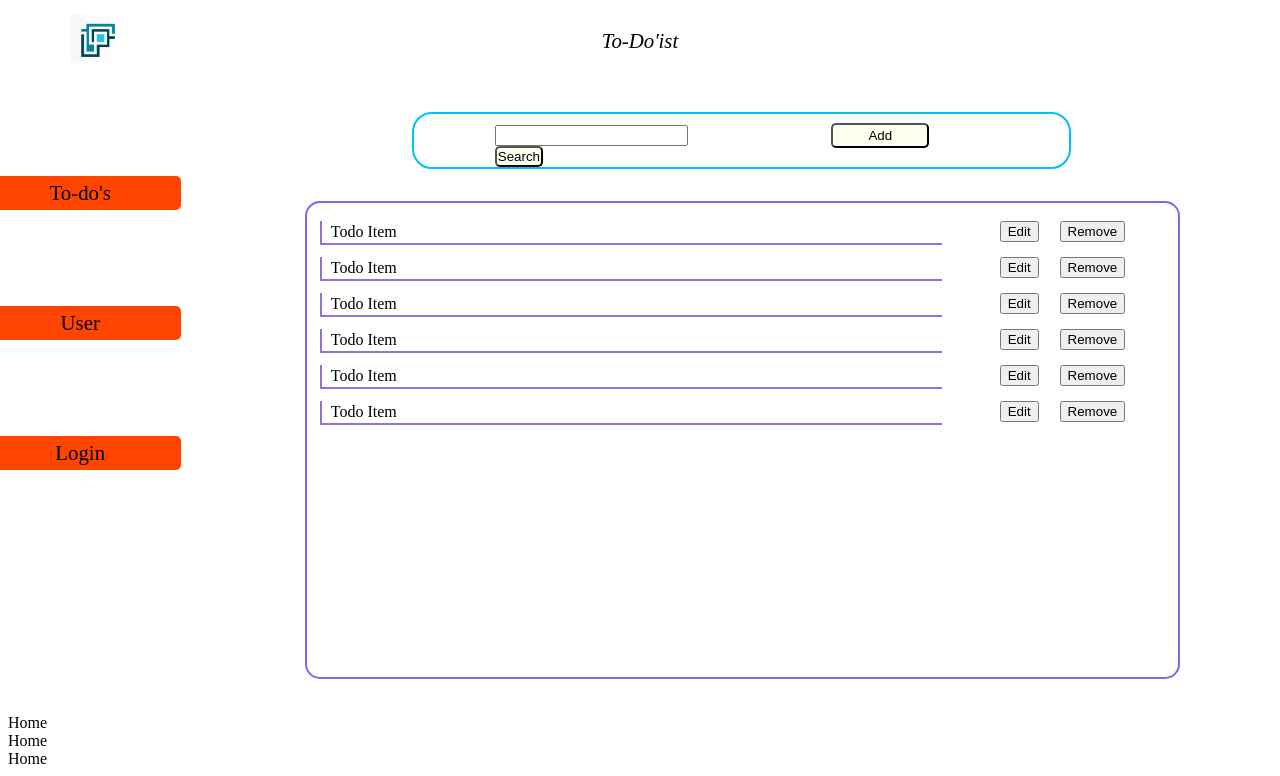
Repository: tavisca-pkadam/Todo-Website
Page: home.html
The author's editor kept a copy of each file at every save. The page is drawn from the files as they stood at one save, then again after the next save.
The browser window is 1280 px wide. The pictures show the whole page.

Above is the page before, as saved 2019-08-20 08:57:21.

### home.html
<!DOCTYPE html>
<html>
  <head>
    <meta charset="utf-8" />
    <meta http-equiv="X-UA-Compatible" content="IE=edge" />
    <title>Page Title</title>
    <meta name="viewport" content="width=device-width, initial-scale=1" />
    <link rel="stylesheet" type="text/css" media="screen" href="main.css" />

    <link rel="import" href="components/header.html" />

    <!-- <script src='main.js'></script> -->
  </head>
  <body>
    <div id="head" class="header">
      <img id="company_logo" src="src/logo.jpg" width="5%" />
      <p id="todo_header"><i>To-Do'ist</i></p>
    </div>


    <div id="side_nav">
      <div id="side_todo"  class="side_btn">
        To-do's
      </div>
      <div id="side_user" class="side_btn">
        User
      </div>
      <div id="side_login" class="side_btn">
        Login
      </div>
    </div>
    <div id="todo_content">
        <div id="todo_content_head">
            <div id="todo_content_search">
                <input type="text" style="padding-right:10px">
                <button class="search_button">Search</button>
            </div>
            <button id="todo_content_add" class="search_button">Add</button>
        </div>
        <div id="todo_list">
            <div class="todo_item">
                <div class="todo_detail">
                        Todo Item
                </div>
                <button class="todo_edit_btn">Edit</button>
                <button>Remove</button>
            </div>
            <div class="todo_item">
                <div class="todo_detail">
                        Todo Item
                </div>
                <button class="todo_edit_btn">Edit</button>
                <button>Remove</button>
            </div>
            <div class="todo_item">
                <div class="todo_detail">
                        Todo Item
                </div>
                <button class="todo_edit_btn">Edit</button>
                <button>Remove</button>
            </div>
            <div class="todo_item">
                <div class="todo_detail">
                        Todo Item
                </div>
                <button class="todo_edit_btn">Edit</button>
                <button>Remove</button>
            </div>
            <div class="todo_item">
                <div class="todo_detail">
                        Todo Item
                </div>
                <button class="todo_edit_btn">Edit</button>
                <button>Remove</button>
            </div>
            <div class="todo_item">
                <div class="todo_detail">
                        Todo Item
                </div>
                <button class="todo_edit_btn">Edit</button>
                <button>Remove</button>
            </div>
        </div>
    </div>
    <div class="link_btn">
        <div>Home</div>
        <div>Home</div>
        <div>Home</div>
    </div>
  </body>
</html>

### main.css
.header {
    /* background-color:gray; */
    position: relative;
    width: 100%;
    height: 10vh;
    margin:0%;
}

#company_logo {
    position: absolute;
    left: 5%;
    width: 4%;
    margin-top: 1vh;
}

#todo_header {
    font-size: 1.3em;
    font-style: oblique;
    font-stretch: expanded;
    position: absolute;
    width: 100%;
    text-align: center;

    /* right: 45%; */
}

#side_nav {
    position: fixed;
    width: 15%;
    /* background-color: aquamarine; */
    height: 88vh;
}

.side_btn {
    left:-15%;
    text-align: center;
    width: 100%;
    position: relative;
    background-color: orangered;
    margin-top: 50%;
    font-size: 1.3rem;
    border-radius: 5px;
    padding: 5px;
}


#todo_content {
    position: relative;
    left: 15%;
    width:85%;
    /* background-color: aquamarine; */
    height: 88vh;
}

#todo_content_head {
    border: 1px;
    position: relative;
    /* background-color: deepskyblue; */
    padding: 5px;
    width: 60%;
    height: 6vh;
    border-radius: 20px;
    left: 20%;
    top: 5%;

    border-width: 2px;
    border-style: solid;
    border-color: deepskyblue;
}

.search_button{
    text-align: center;
    background-color: ivory;
    border-radius: 5px;
    padding: 0.5%;

}

#todo_content_search{
    position: absolute;
    /* background-color: darksalmon; */
    padding: 0.5%;
    margin-left:4%;
    padding-left: 2%;
    padding-right: 4%;
    left: 5vw;
    border-radius: 10px;
    /* border-width: 1px; */
    /* border-style: solid; */
    margin: 3px;

    border-color: blue;

}
#todo_content_add {
    position: absolute;
    background-color: ivory;
    left: 30vw;
    /* top: 10px; */
    width: 15%;
    margin: 4px;
    margin-left: 5%;
}


#todo_list {
    /* background-color: mediumslateblue; */
    position: relative;
    width: 80%;
    left: 10%;
    top: 10%;
    height: 65vh;
    border-radius: 15px;
    padding:3px;
    padding-left: 8px;


    border-width: 2px;
    border-style: solid;
    border-color: mediumslateblue;
}

.todo_item{
    margin:5px;
    margin-top: 15px;
}

.todo_edit_btn{
    margin-left: 80%;
    margin-right: 2%;
}

.todo_detail{
    width: 70%;

    position: absolute;
    padding: 2px;
    padding-left: 1%;

    border-bottom: 6px solid;
    border-left: 6px solid;
    border-width: 2px;
    border-color: mediumpurple;
    }

.link_btn {
    background
}

After the next save:
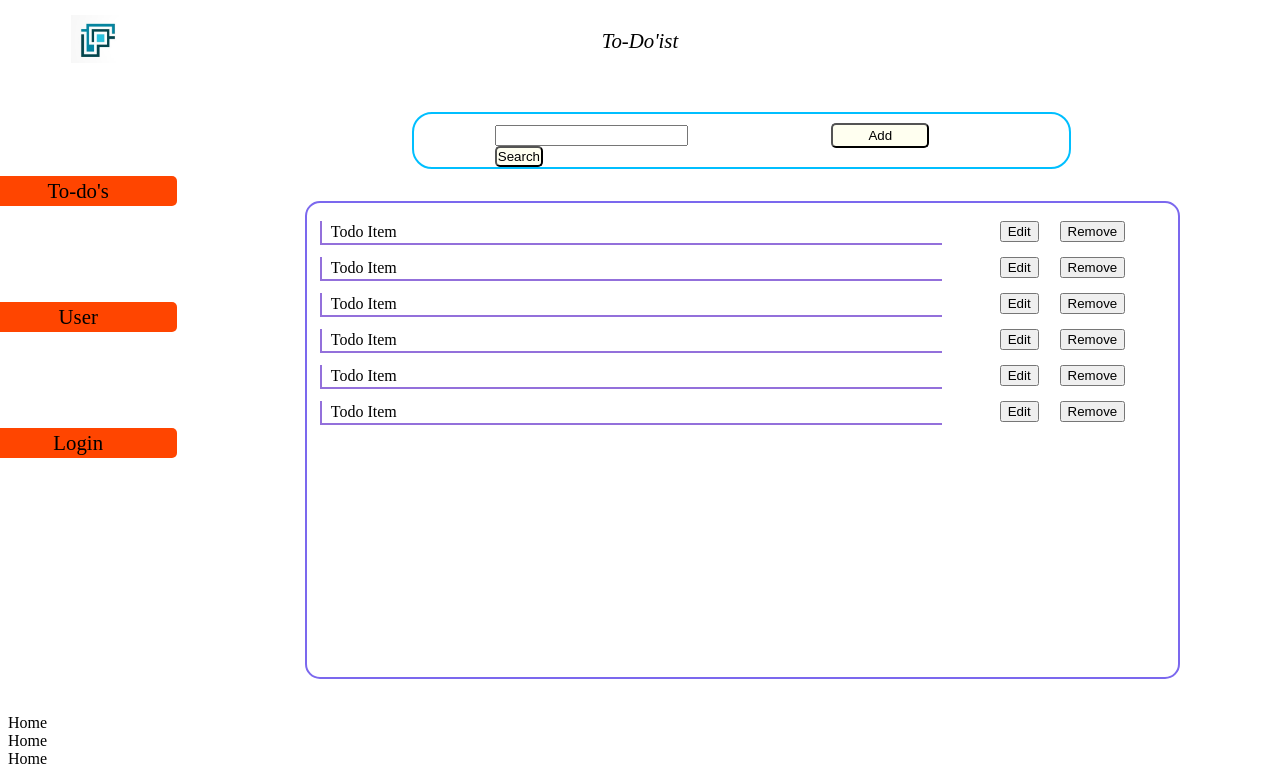
Saved 7 s later.
--- a/main.css
+++ b/main.css
@@ -40,7 +40,7 @@
     margin-top: 50%;
     font-size: 1.3rem;
     border-radius: 5px;
-    padding: 5px;
+    padding: 3px;
 }
 
 
